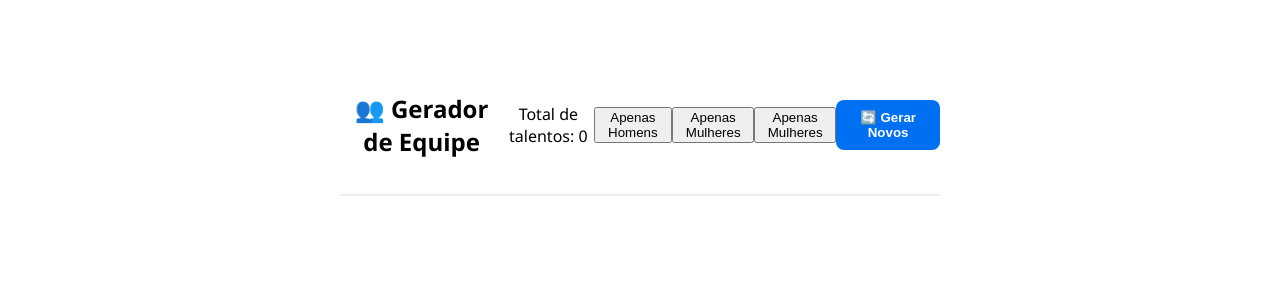
Repository: andrMiotto/Gerador-de-Equipe-Dinamico-React
Page: / (app in vite-project/)
An editor plug-in stored every save of this project. The page is shown before and after the next save, followed by the edit.
The browser window is 1280 px wide. The pictures show the whole page.
The page's requests for data from a server got no answer. The project was rebuilt for these pictures with package versions that can differ from the ones it lists, and the page was loaded fresh each time. No one was signed in, and anything a server would have sent is missing. Also part of the build but not shown: vite-project/vite.config.js.

Above is the page before, as saved 2026-03-24 21:31:31.

### vite-project/src/App.jsx
import './App.css'
import UserGenerator from './components/UserGenerator';

function App() {

  return (
    <>

      <UserGenerator />
    </>
  )
}

export default App

### vite-project/src/components/UserGenerator.jsx
import { useState, useEffect } from 'react';
import './UserGenerator.css';

export default function UserGenerator() {
    const [usuarios, setUsuarios] = useState([]);
    const [loading, setLoading] = useState(false);
    const [talentos, setTalentos] = useState(0);
    const [genero, setGenero] = useState('');

    const fetchUsers = async (genderFilter = '') => {
        setLoading(true);
        try {
            const response = await fetch(`https://randomuser.me/api/?results=5&gender=${genderFilter}`);
            const data = await response.json();

            setUsuarios(data.results);
        } catch (error) {
            console.error("Erro ao carregar usuários:", error);
        } finally {
            setLoading(false);
        }
    };

    useEffect(() => {
        fetchUsers();
    }, []);
    const handleFilter = (novoGenero) => {
        setGenero(novoGenero);
        fetchUsers(novoGenero);
    };
    return (
        <div className="user-container">
            <header className="user-header">
                <h2>👥 Gerador de Equipe</h2>
                <span>Total de talentos: {talentos}</span>

                <button onClick={() => {
                    handleFilter('male')
                }}>Apenas Homens</button>
                <button onClick={() => {
                    handleFilter('female')
                }}>Apenas Mulheres</button>
                <button onClick={() => {
                    handleFilter('')
                }}>Apenas Mulheres</button>
                <button
                    onClick={() => {
                        fetchUsers();
                        setTalentos(talentos + 5)

                    }}
                    disabled={loading}
                    className="refresh-button"

                >
                    {loading ? 'Buscando...' : '🔄 Gerar Novos'}
                </button>
            </header>

            <div className="user-grid">
                {loading ? (
                    <p className="loading-text">Carregando novos perfis...</p>
                ) : (
                    usuarios.map((user) => (
                        <div key={user.login.uuid} className="user-card">
                            <img src={user.picture.medium} alt={user.name.first} />
                            <div className="user-info">
                                <strong>{user.name.first} {user.name.last}</strong>
                                <p>{user.email}</p>
                                <span>📍 {user.location.city}, {user.location.country}</span>
                            </div>
                        </div>
                    ))
                )}
            </div>
        </div>
    );
}

### vite-project/src/components/UserGenerator.css
.user-container {
  max-width: 600px;
  margin: 2rem auto;
  font-family: 'Segoe UI', sans-serif;
}

.user-header {
  display: flex;
  justify-content: space-between;
  align-items: center;
  border-bottom: 2px solid #eee;
  padding-bottom: 1rem;
}

.user-grid {
  display: grid;
  gap: 1rem;
  margin-top: 1.5rem;
}

.user-card {
  display: flex;
  align-items: center;
  gap: 1rem;
  padding: 1rem;
  background: #fff;
  border: 1px solid #e1e4e8;
  border-radius: 12px;
  transition: transform 0.2s;
}

.user-card:hover {
  transform: translateY(-3px);
  box-shadow: 0 4px 12px rgba(0, 0, 0, 0.05);
}

.user-card img {
  border-radius: 50%;
  border: 3px solid #0070f3;
  width: 60px;
  height: 60px;
}

.user-info strong {
  font-size: 1.1rem;
  color: #1a1a1a;
}

.user-info p {
  margin: 4px 0;
  color: #666;
  font-size: 0.9rem;
}

.user-info span {
  font-size: 0.8rem;
  color: #999;
}

.refresh-button {
  background: #0070f3;
  color: white;
  border: none;
  padding: 10px 20px;
  border-radius: 8px;
  cursor: pointer;
  font-weight: bold;
}

.refresh-button:disabled {
  background: #ccc;
}

Loaded but not shown: vite-project/index.html (common file); vite-project/src/main.jsx (common file); vite-project/src/App.css (common file)

After the next save:
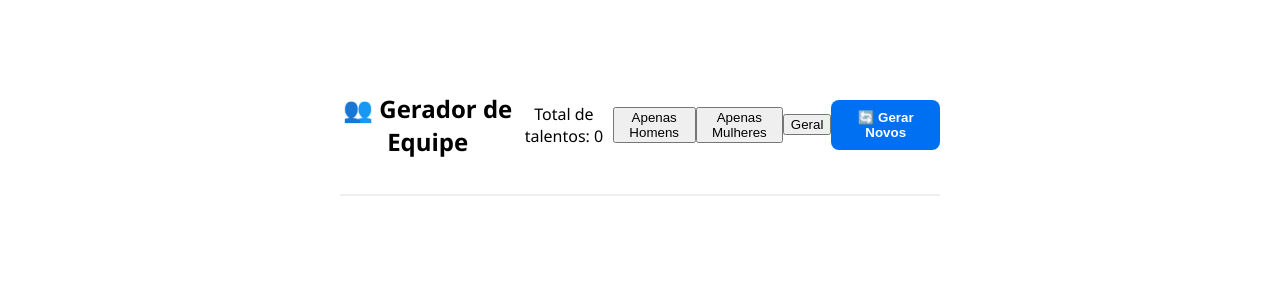
Saved 13 s later.
--- a/vite-project/src/components/UserGenerator.jsx
+++ b/vite-project/src/components/UserGenerator.jsx
@@ -42,7 +42,7 @@ export default function UserGenerator() {
                 }}>Apenas Mulheres</button>
                 <button onClick={() => {
                     handleFilter('')
-                }}>Apenas Mulheres</button>
+                }}>Geral</button>
                 <button
                     onClick={() => {
                         fetchUsers();
